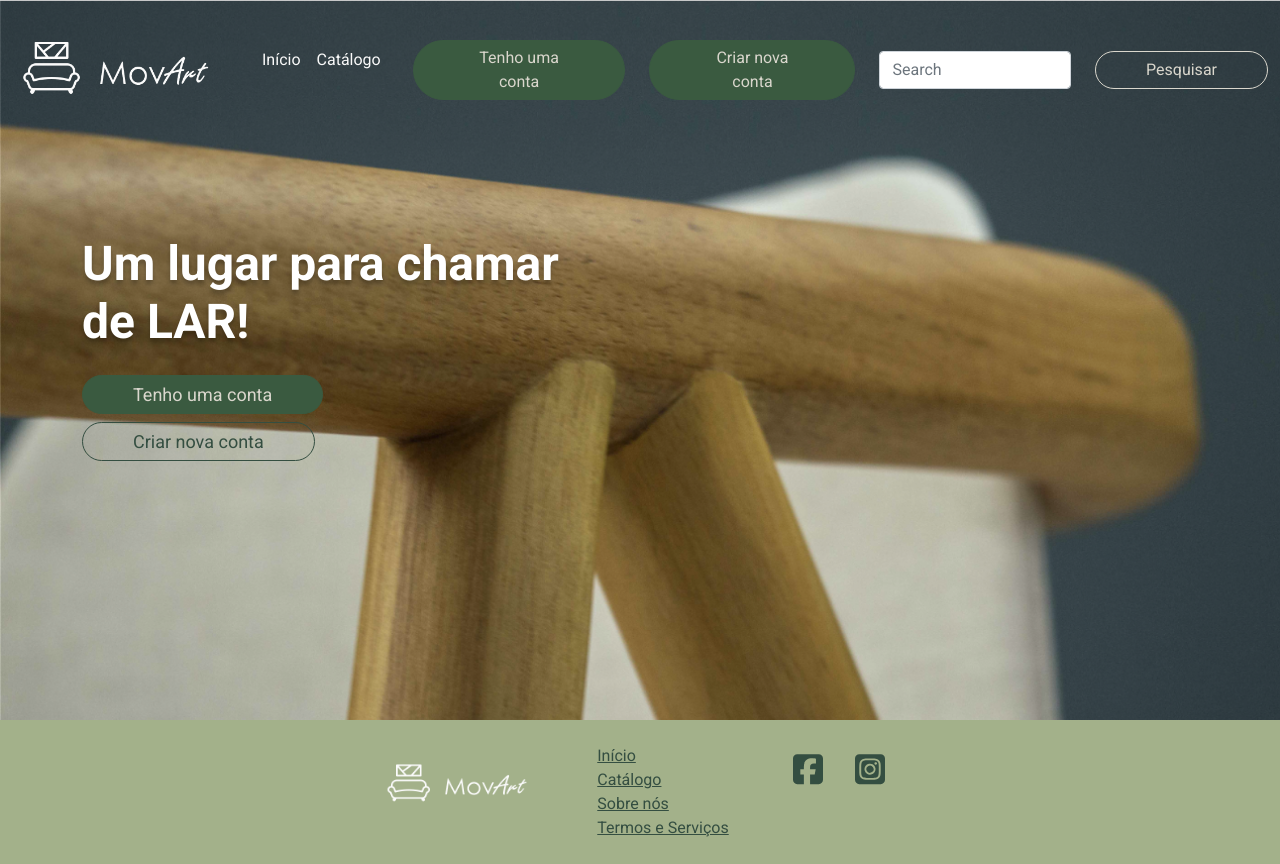
Repository: telesbp/Projeto-4-e-Projeto-5
Page: / (app in front-end/)
The author's editor kept a copy of each file at every save. The page is drawn from the files as they stood at one save, then again after the next save.
The browser window is 1280 px wide. The pictures show the whole page.
The project was rebuilt for these pictures with package versions that can differ from the ones it lists, and the page was loaded fresh each time.

Above is the page before, as saved 2022-07-17 22:09:36.

After the next save:
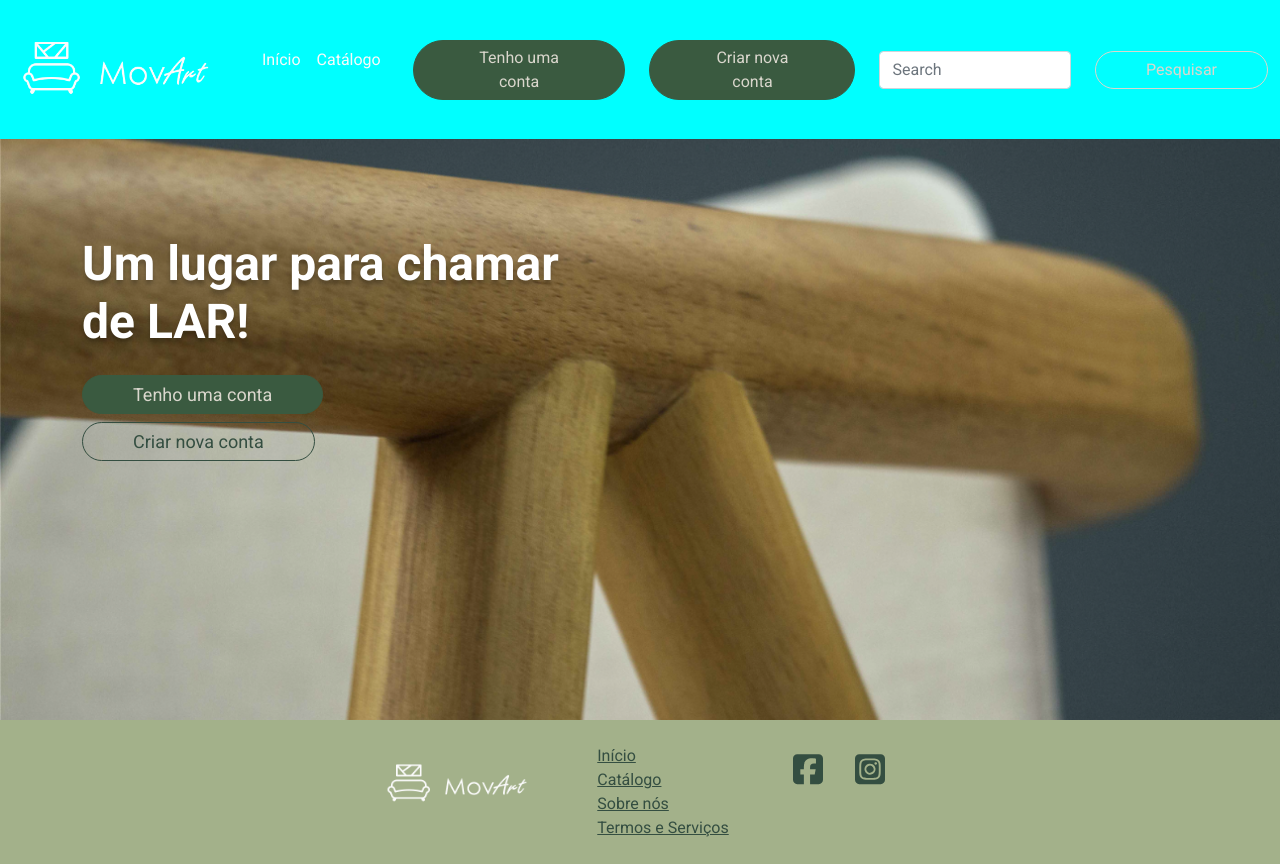
Saved 23 min 50 s later.
--- a/front-end/src/components/Layout/Header.tsx
+++ b/front-end/src/components/Layout/Header.tsx
@@ -23,7 +23,7 @@
         }
     },[isTransparent])
     return(
-        <Navbar fixed="top" expand="lg" bg={isTransparent ? undefined : "white"}>
+        <NavBarStyle fixed="top" expand="lg" bg={isTransparent ? undefined : "white"}>
         <Container fluid>
           <Navbar.Brand to="/" as={Link}>
             <ImageStyle src={isTransparent ? LogoBrand : LogoBrandBlack} alt="MovArt" width={170} height={80}/>
@@ -49,9 +49,12 @@
             </Form>
           </NavBarCollapseStyled>
         </Container>
-      </Navbar>
+      </NavBarStyle>
     )
 }
+const NavBarStyle = styled(Navbar)`
+background-color: aqua;
+`
 const NavBarToggleStyled = styled(Navbar.Toggle)`
     border:none;
 `

After the save that followed:
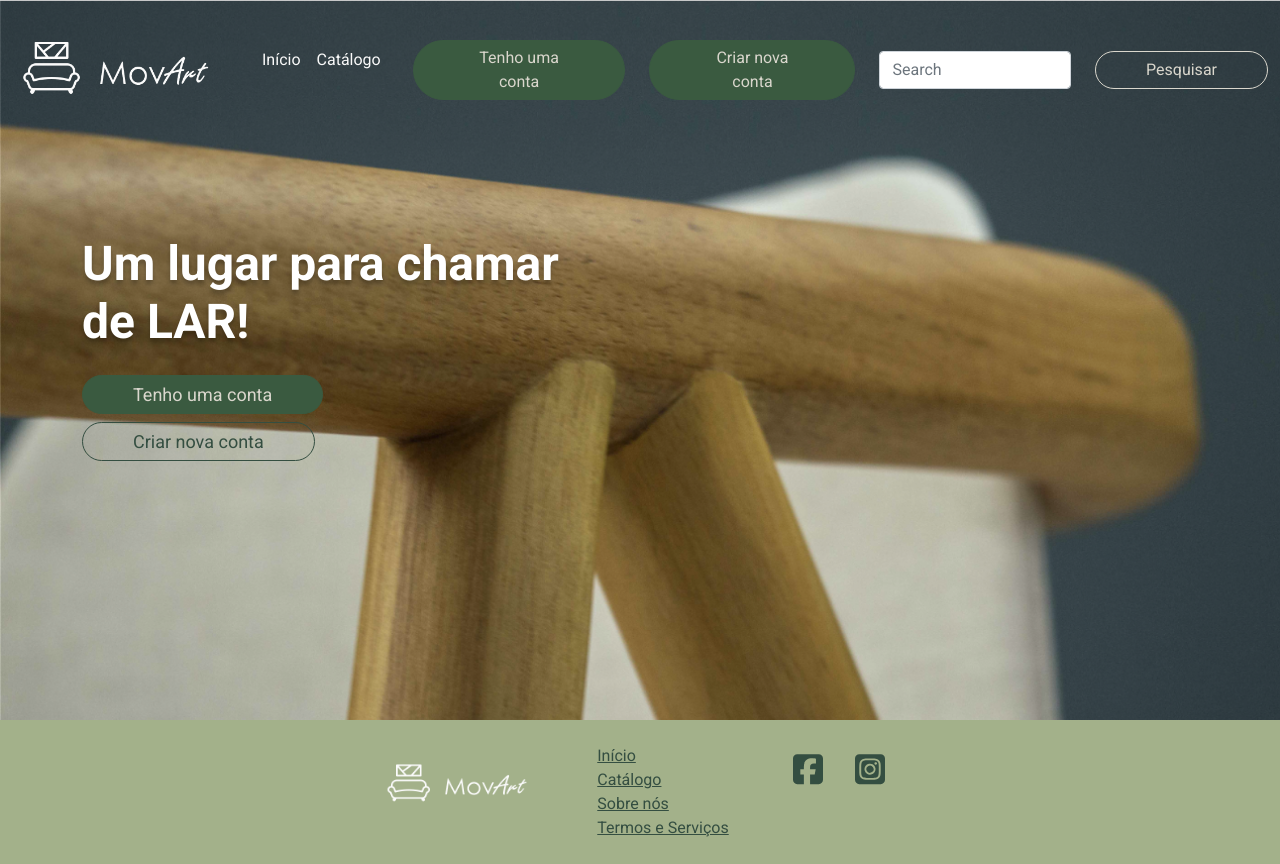
Saved 36 s later.
--- a/front-end/src/components/Layout/Header.tsx
+++ b/front-end/src/components/Layout/Header.tsx
@@ -53,7 +53,7 @@
     )
 }
 const NavBarStyle = styled(Navbar)`
-background-color: aqua;
+    transition: all 1s linear;
 `
 const NavBarToggleStyled = styled(Navbar.Toggle)`
     border:none;
